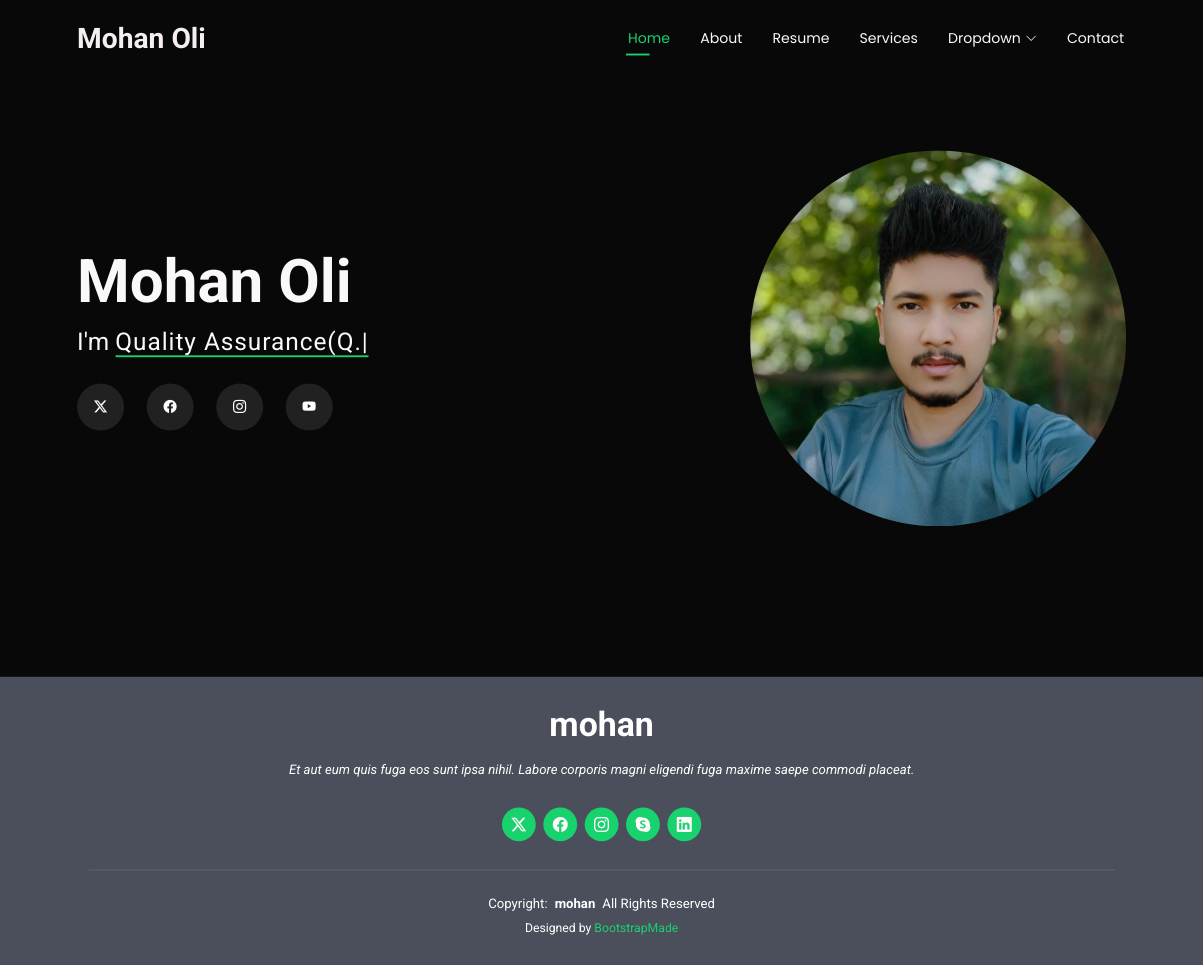
Repository: Mohanoli/mohan-git
Page: index.html
These files come from the project's save history. The page is drawn as it stood at one moment and after the next save; the edit follows.
The browser window is 1280 px wide. The pictures show the whole page, at 94% of full size.

Above is the page before, as saved 2024-08-12 15:12:31.

### index.html
<!DOCTYPE html>
<html lang="en">

<head>
  <meta charset="utf-8">
  <meta content="width=device-width, initial-scale=1.0" name="viewport">
  <title>olimohan.com.np</title>
  <meta name="description" content="">
  <meta name="keywords" content="">

  <!-- Favicons -->
  <link href="assets/img/favicon.png" rel="icon">
  <link href="assets/img/apple-touch-icon.png" rel="apple-touch-icon">

  <!-- Fonts -->
  <link href="https://fonts.googleapis.com" rel="preconnect">
  <link href="https://fonts.gstatic.com" rel="preconnect" crossorigin>
  <link href="https://fonts.googleapis.com/css2?family=Roboto:ital,wght@0,100;0,300;0,400;0,500;0,700;0,900;1,100;1,300;1,400;1,500;1,700;1,900&family=Poppins:ital,wght@0,100;0,200;0,300;0,400;0,500;0,600;0,700;0,800;0,900;1,100;1,200;1,300;1,400;1,500;1,600;1,700;1,800;1,900&family=Raleway:ital,wght@0,100;0,200;0,300;0,400;0,500;0,600;0,700;0,800;0,900;1,100;1,200;1,300;1,400;1,500;1,600;1,700;1,800;1,900&display=swap" rel="stylesheet">

  <!-- Vendor CSS Files -->
  <link href="assets/vendor/bootstrap/css/bootstrap.min.css" rel="stylesheet">
  <link href="assets/vendor/bootstrap-icons/bootstrap-icons.css" rel="stylesheet">
  <link href="assets/vendor/aos/aos.css" rel="stylesheet">
  <link href="assets/vendor/swiper/swiper-bundle.min.css" rel="stylesheet">
  <link href="assets/vendor/glightbox/css/glightbox.min.css" rel="stylesheet">

  <!-- Main CSS File -->
  <link href="assets/css/main.css" rel="stylesheet">

  <!-- =======================================================
  * Template Name: Personal
  * Template URL: https://bootstrapmade.com/personal-free-resume-bootstrap-template/
  * Updated: Aug 07 2024 with Bootstrap v5.3.3
  * Author: BootstrapMade.com
  * License: https://bootstrapmade.com/license/
  ======================================================== -->
</head>

<body class="index-page">

  <header id="header" class="header d-flex align-items-center fixed-top">
    <div class="container-fluid container-xl position-relative d-flex align-items-center justify-content-between">

      <a href="index.html" class="logo d-flex align-items-center">
        <!-- Uncomment the line below if you also wish to use an image logo -->
        <!-- <img src="assets/img/logo.png" alt=""> -->
        <h1 class="sitename">Mohan Oli</h1>
      </a>

      <nav id="navmenu" class="navmenu">
        <ul>
          <li><a href="index.html" class="active">Home</a></li>
          <li><a href="about.html">About</a></li>
          <li><a href="resume.html">Resume</a></li>
          <li><a href="services.html">Services</a></li>

          <li class="dropdown"><a href="#"><span>Dropdown</span> <i class="bi bi-chevron-down toggle-dropdown"></i></a>
            <ul>
              <li><a href="#">Dropdown 1</a></li>
              <li class="dropdown"><a href="#"><span>Deep Dropdown</span> <i class="bi bi-chevron-down toggle-dropdown"></i></a>
                <ul>
                  <li><a href="#">Deep Dropdown 1</a></li>
                  <li><a href="#">Deep Dropdown 2</a></li>
                  <li><a href="#">Deep Dropdown 3</a></li>
                  <li><a href="#">Deep Dropdown 4</a></li>
                  <li><a href="#">Deep Dropdown 5</a></li>
                </ul>
              </li>
              <li><a href="#">Dropdown 2</a></li>
              <li><a href="#">Dropdown 3</a></li>
              <li><a href="#">Dropdown 4</a></li>
            </ul>
          </li>
          <li><a href="contact.html">Contact</a></li>
        </ul>
        <i class="mobile-nav-toggle d-xl-none bi bi-list"></i>
      </nav>

    </div>
  </header>

  <main class="main">

    <!-- Hero Section -->
    <!-- Hero Section -->
<section id="hero" class="hero section dark-background">
  <div class="container" data-aos="zoom-out" data-aos-delay="100">
    <div class="hero-content">
      <div class="hero-text">
        <h2>Mohan Oli</h2>
        <p>I'm <span class="typed" data-typed-items="BBM Student, Quality Assurance(Q.A) at Magnus Consulting Group Pvt.Ltd, Music Lover, Photographer">BBM Student</span><span class="typed-cursor typed-cursor--blink"></span></p>
        <div class="social-links">
          <a href="https://twitter.com/yourprofile" target="_blank"><i class="bi bi-twitter-x"></i></a>
          <a href="https://facebook.com/yourprofile" target="_blank"><i class="bi bi-facebook"></i></a>
          <a href="https://instagram.com/yourprofile" target="_blank"><i class="bi bi-instagram"></i></a>
          <a href="https://www.youtube.com/@educationaltips5321" target="_blank"><i class="bi bi-youtube"></i></a>
        </div>
      </div>
      <div class="hero-image">
        <img src="assets/img/hero-bg.jpg" alt="Mohan Oli">
      </div>
    </div>
  </div>
</section>


<!-- /Hero Section -->

</main>

<footer id="footer" class="footer dark-background">
  <div class="container">
    <h3 class="sitename">mohan</h3>
    <p>Et aut eum quis fuga eos sunt ipsa nihil. Labore corporis magni eligendi fuga maxime saepe commodi placeat.</p>
    <div class="social-links d-flex justify-content-center">
      <a href=""><i class="bi bi-twitter-x"></i></a>
      <a href=""><i class="bi bi-facebook"></i></a>
      <a href=""><i class="bi bi-instagram"></i></a>
      <a href=""><i class="bi bi-skype"></i></a>
      <a href=""><i class="bi bi-linkedin"></i></a>
    </div>
    <div class="container">
      <div class="copyright">
        <span>Copyright:</span> <strong class="px-1 sitename">mohan</strong> <span>All Rights Reserved</span>
      </div>
      <div class="credits">
        <!-- All the links in the footer should remain intact. -->
        <!-- You can delete the links only if you've purchased the pro version. -->
        <!-- Licensing information: https://bootstrapmade.com/license/ -->
        <!-- Purchase the pro version with working PHP/AJAX contact form: [buy-url] -->
        Designed by <a href="https://bootstrapmade.com/">BootstrapMade</a>
      </div>
    </div>
  </div>
</footer>

<!-- Scroll Top -->
<a href="#" id="scroll-top" class="scroll-top d-flex align-items-center justify-content-center"><i class="bi bi-arrow-up-short"></i></a>

<!-- Preloader -->
<div id="preloader"></div>

<!-- Vendor JS Files -->
<script src="assets/vendor/bootstrap/js/bootstrap.bundle.min.js"></script>
<script src="assets/vendor/php-email-form/validate.js"></script>
<script src="assets/vendor/aos/aos.js"></script>
<script src="assets/vendor/typed.js/typed.umd.js"></script>
<script src="assets/vendor/purecounter/purecounter_vanilla.js"></script>
<script src="assets/vendor/waypoints/noframework.waypoints.js"></script>
<script src="assets/vendor/swiper/swiper-bundle.min.js"></script>
<script src="assets/vendor/glightbox/js/glightbox.min.js"></script>
<script src="assets/vendor/imagesloaded/imagesloaded.pkgd.min.js"></script>
<script src="assets/vendor/isotope-layout/isotope.pkgd.min.js"></script>

<!-- Main JS File -->
<script src="assets/js/main.js"></script>

</body>

</html>

Loaded but not shown: assets/vendor/bootstrap/css/bootstrap.min.css (library); assets/vendor/bootstrap-icons/bootstrap-icons.css (library); assets/vendor/aos/aos.css (library); assets/vendor/swiper/swiper-bundle.min.css (library); assets/vendor/glightbox/css/glightbox.min.css (library); assets/vendor/bootstrap/js/bootstrap.bundle.min.js (library); assets/vendor/php-email-form/validate.js (common file); assets/vendor/aos/aos.js (library); assets/vendor/typed.js/typed.umd.js (library); assets/vendor/purecounter/purecounter_vanilla.js (library); assets/vendor/waypoints/noframework.waypoints.js (library); assets/vendor/swiper/swiper-bundle.min.js (library); assets/vendor/glightbox/js/glightbox.min.js (library); assets/vendor/imagesloaded/imagesloaded.pkgd.min.js (library); assets/vendor/isotope-layout/isotope.pkgd.min.js (library); assets/js/main.js (202 lines, source omitted); assets/css/main.css (1518 lines, source omitted)

After the next save:
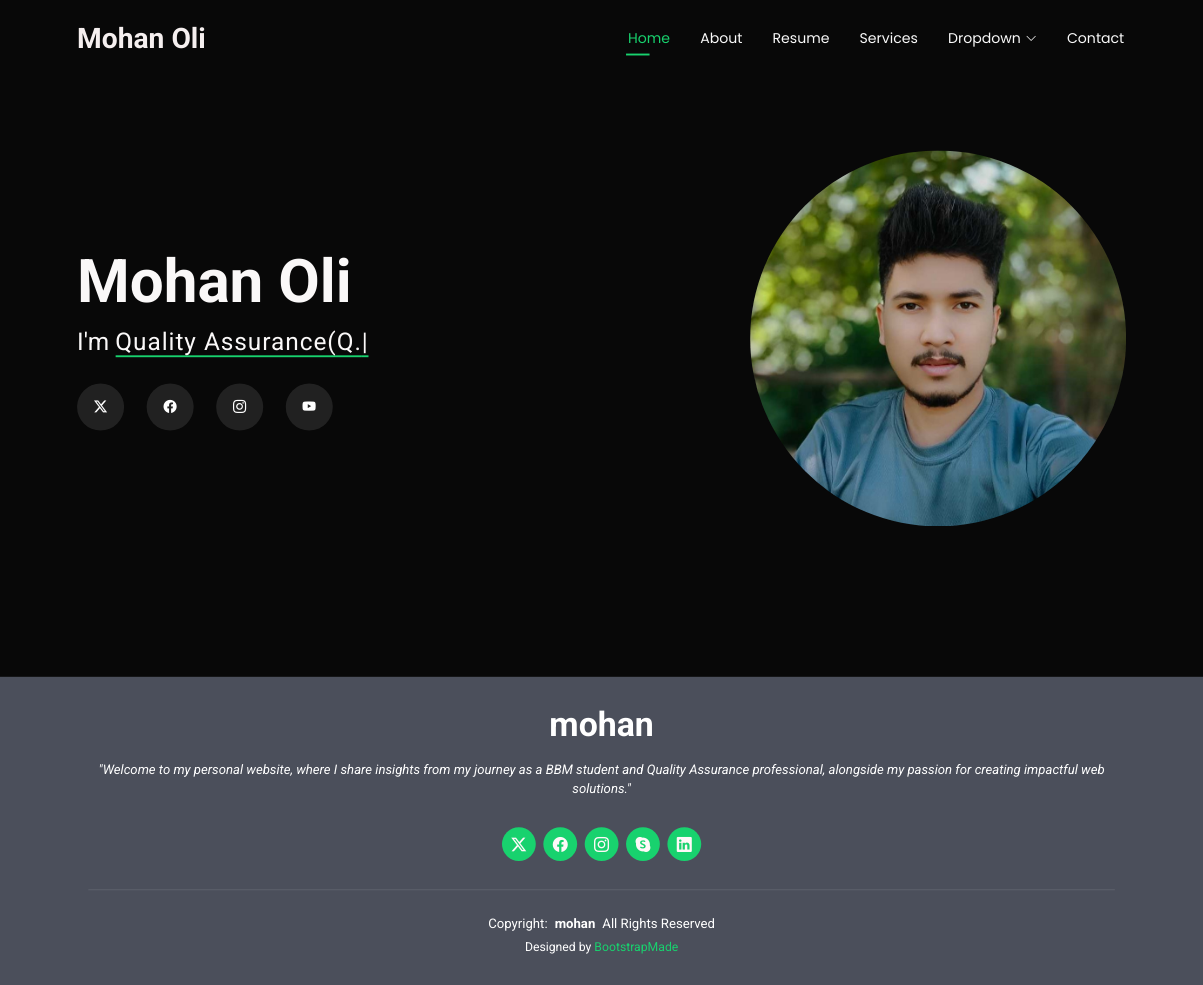
Saved 104 s later.
--- a/index.html
+++ b/index.html
@@ -111,7 +111,7 @@
 <footer id="footer" class="footer dark-background">
   <div class="container">
     <h3 class="sitename">mohan</h3>
-    <p>Et aut eum quis fuga eos sunt ipsa nihil. Labore corporis magni eligendi fuga maxime saepe commodi placeat.</p>
+    <p>"Welcome to my personal website, where I share insights from my journey as a BBM student and Quality Assurance professional, alongside my passion for creating impactful web solutions."</p>
     <div class="social-links d-flex justify-content-center">
       <a href=""><i class="bi bi-twitter-x"></i></a>
       <a href=""><i class="bi bi-facebook"></i></a>
